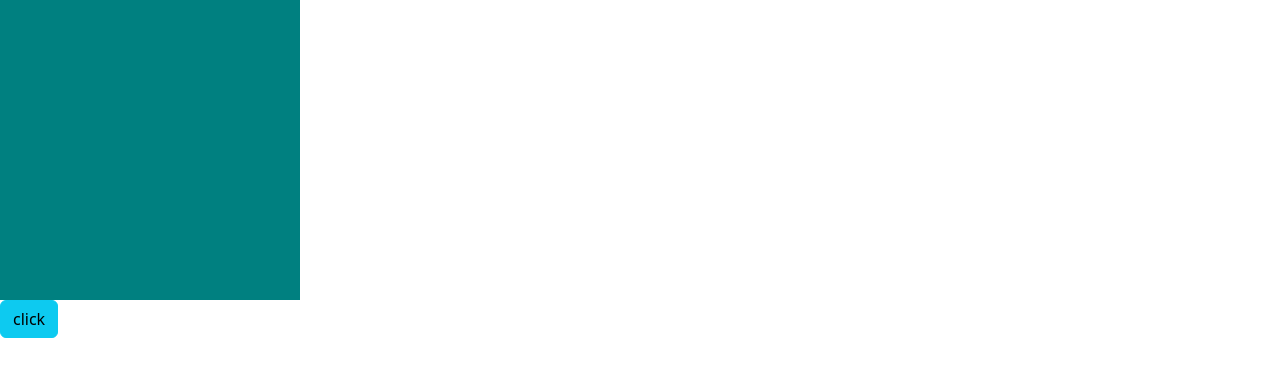
Repository: AmiraNabil97/WeatherApp
Page: index.html
The author's editor kept a copy of each file at every save. The page is drawn from the files as they stood at one save, then again after the next save.
The browser window is 1280 px wide. The pictures show the whole page.
After loading, the first visible `#demo` was clicked once.

Above is the page before, as saved 2023-08-28 11:39:10.
Console error: TypeError: $(...).slide is not a function

### index.html
<!DOCTYPE html>
<html lang="en">
<head>
    <meta charset="UTF-8">
    <meta name="viewport" content="width=device-width, initial-scale=1.0">
    <title>Document</title>
    <link rel="stylesheet" href="css/bootstrap.min.css">
    <link rel="stylesheet" href="css/all.min.css">
    <link rel="stylesheet" href="css/style.css">
</head>
<body>

<div class="demo"></div>
<button class="btn btn-info" id="demo">click</button>









    <script src="js/jquery-3.7.0.min.js"></script>
    <script src="js/bootstrap.bundle.js"></script>
    <script src="js/main.js"></script>
</body>
</html>

### css/style.css
.demo{
    width: 300px;
    height: 300px;
    background-color: teal;
    /* display: none; */
}

### js/main.js


//query selector as css formula:
// $('.demo').hide(2000)
$('#demo').click( ()=> {
    $('.demo').slide(2000)

})

Loaded but not shown: css/bootstrap.min.css (library); css/all.min.css (library); js/jquery-3.7.0.min.js (library); js/bootstrap.bundle.js (library)

After the next save:
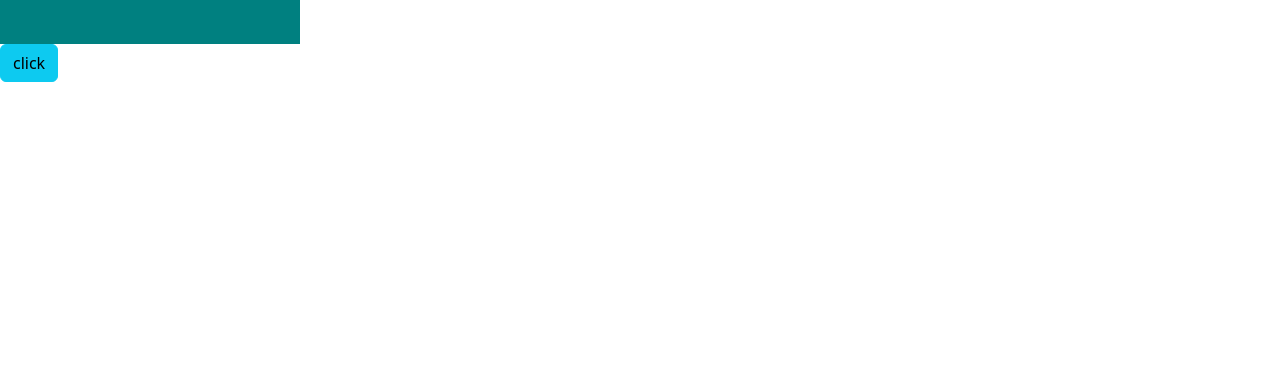
The error is gone.
Saved 5 s later.
--- a/js/main.js
+++ b/js/main.js
@@ -3,6 +3,6 @@
 //query selector as css formula:
 // $('.demo').hide(2000)
 $('#demo').click( ()=> {
-    $('.demo').slide(2000)
+    $('.demo').slideToggle(2000)
 
 })
